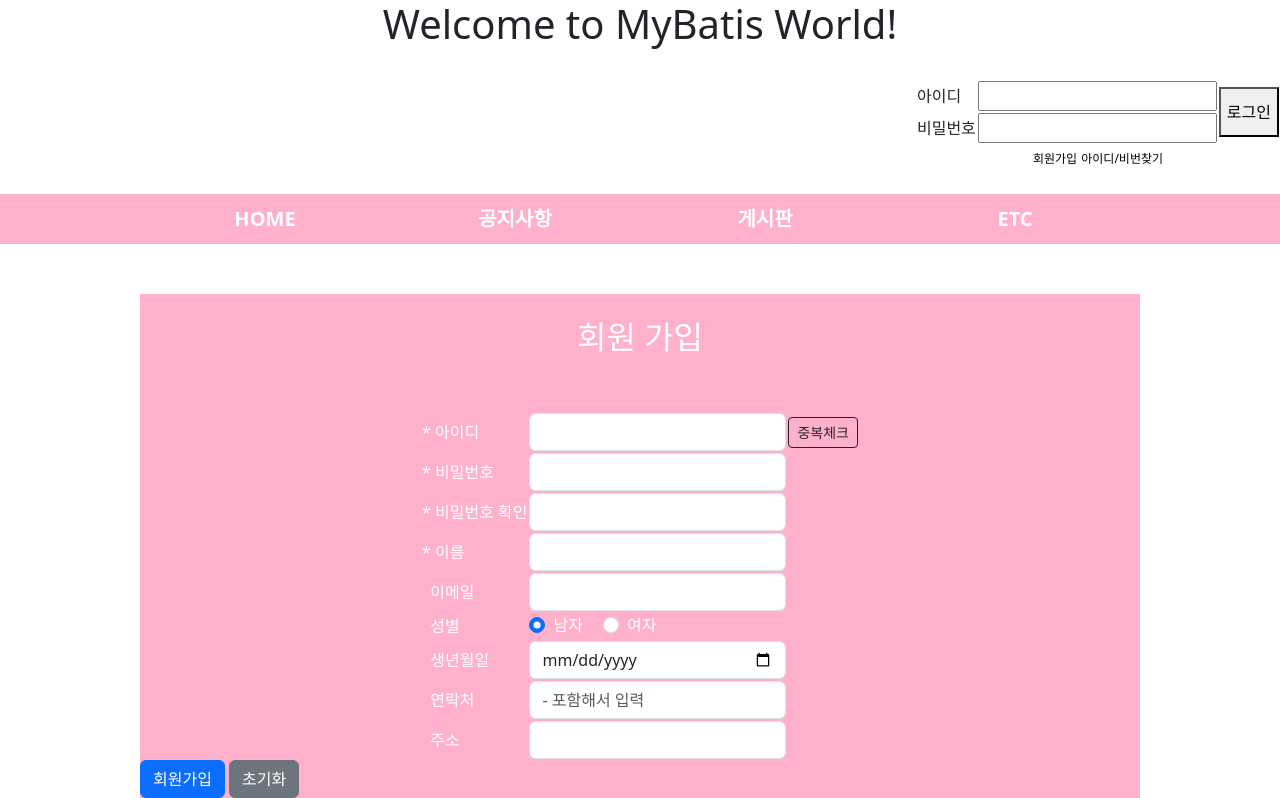
Repository: vocoxo9/06_academy.framework
Page: http://localhost/MyBatisProject/enrollForm.me
An editor plug-in stored every save of this project. The page is shown before and after the next save, followed by the edit.
The browser window is 1280 px wide. The pictures show the whole page.
The page is served by Tomcat 9.

Above is the page before, as saved 2025-03-25 05:21:59.

After the next save:
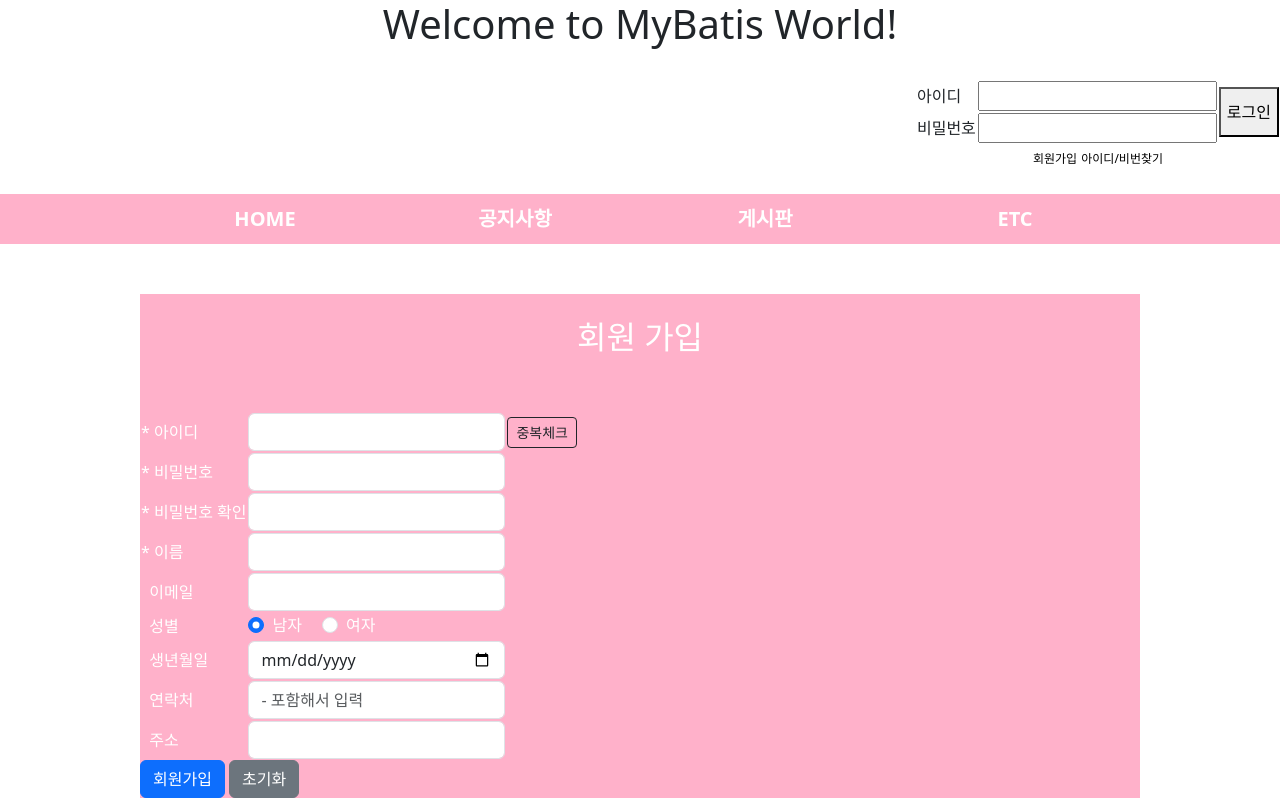
Saved 16 s later.
--- a/01_mybatis/MyBatisProject/webapp/WEB-INF/views/member/memberEnrollForm.jsp
+++ b/01_mybatis/MyBatisProject/webapp/WEB-INF/views/member/memberEnrollForm.jsp
@@ -11,7 +11,7 @@
 <script src="https://cdn.jsdelivr.net/npm/bootstrap@5.3.3/dist/js/bootstrap.bundle.min.js" integrity="sha384-YvpcrYf0tY3lHB60NNkmXc5s9fDVZLESaAA55NDzOxhy9GkcIdslK1eN7N6jIeHz" crossorigin="anonymous"></script>
 
 <style>
-	#mem-enroll-area table{margin: auto;}
+	#mem-enroll-area {margin: auto;}
 </style>
 </head>
 <body>

After the save that followed:
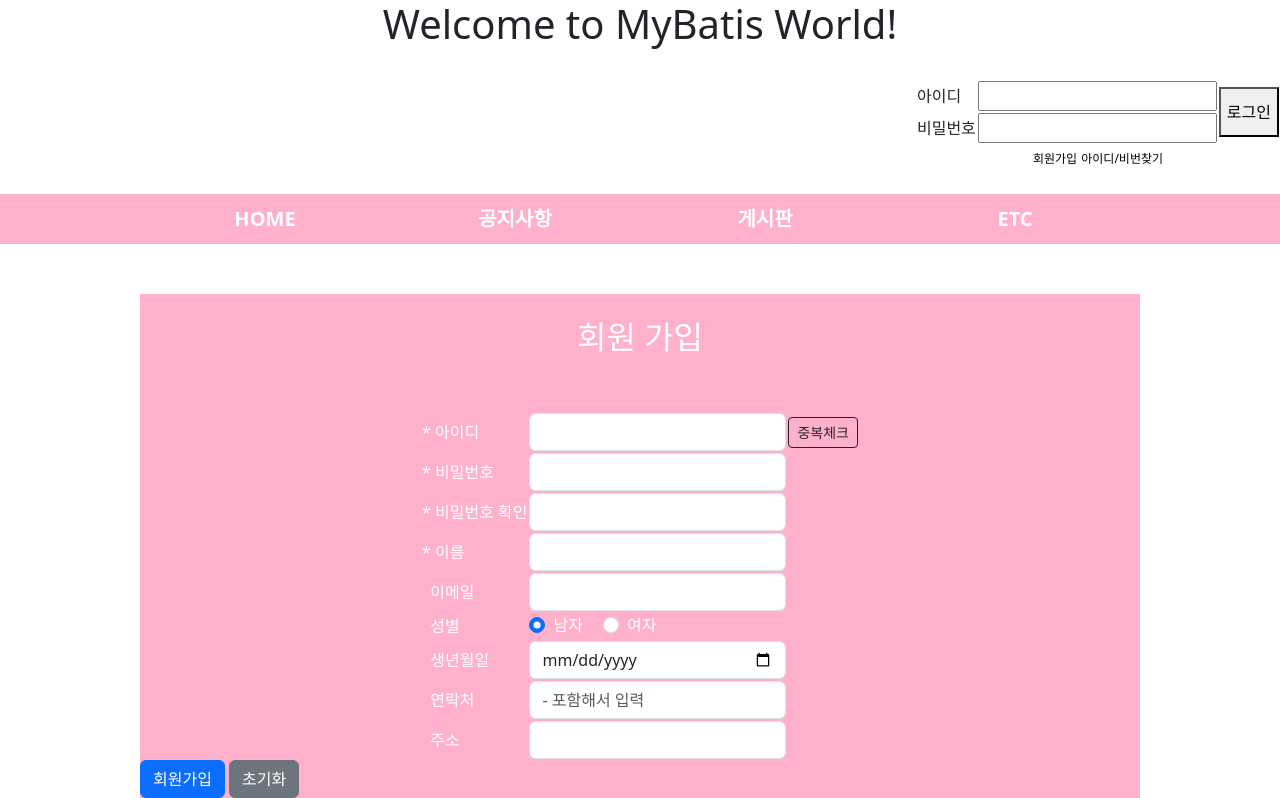
Saved 11 s later.
--- a/01_mybatis/MyBatisProject/webapp/WEB-INF/views/member/memberEnrollForm.jsp
+++ b/01_mybatis/MyBatisProject/webapp/WEB-INF/views/member/memberEnrollForm.jsp
@@ -11,7 +11,7 @@
 <script src="https://cdn.jsdelivr.net/npm/bootstrap@5.3.3/dist/js/bootstrap.bundle.min.js" integrity="sha384-YvpcrYf0tY3lHB60NNkmXc5s9fDVZLESaAA55NDzOxhy9GkcIdslK1eN7N6jIeHz" crossorigin="anonymous"></script>
 
 <style>
-	#mem-enroll-area {margin: auto;}
+	#mem-enroll-area table{margin: auto;}
 </style>
 </head>
 <body>
